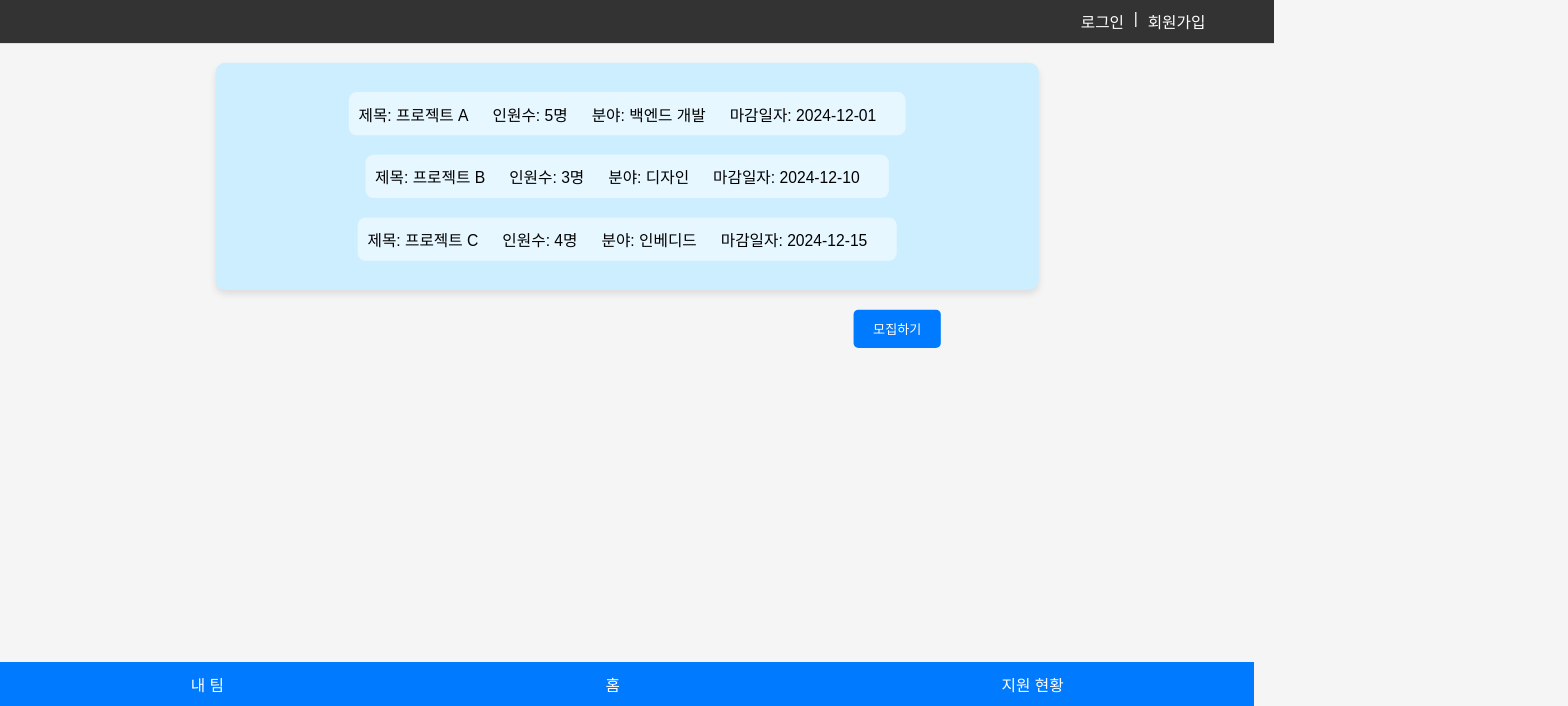
Repository: TUK-WEBSERIVCE/tuk-team-gem
Page: tuk-team-gem/src/main/webapp/main/mainPage.html
An editor plug-in stored every save of this project. The page is shown before and after the next save, followed by the edit.
The browser window is 1280 px wide. The page is 1600 px wide, then 1300 px, then 1600 px, so the pictures cover 1600 px, including what lies to the right of the window. The pictures show the whole page, at 98% of full size.

Above is the page before, as saved 2024-11-13 12:35:11.

### tuk-team-gem/src/main/webapp/main/mainPage.html
<!DOCTYPE html>
<html lang="ko">
<head>
    <meta charset="UTF-8">
    <meta name="viewport" content="width=device-width, initial-scale=1.0">
    <title>tuk-team-gem</title>
    <style>
		body {
		    font-family: Arial, sans-serif;
		    margin: 0;
		    padding: 0;
		    display: flex;
		    flex-direction: column;
		    align-items: center;
		    background-color: #f5f5f5;
		    overflow-x: hidden; /* 좌우 스크롤 제거 */
		}
        header {
            width: 100%;
            display: flex;
            justify-content: flex-end;
            padding: 10px 20px;
            background-color: #333;
            color: white;
        }
        header a {
            color: white;
            text-decoration: none;
        }
        .container {
            background-color: #cceeff;
            width: 80%;
            max-width: 800px;
            margin: 20px auto;
            padding: 20px;
            border-radius: 10px;
            box-shadow: 0 4px 8px rgba(0, 0, 0, 0.1);
        }
        .list-item {
            background-color: #e6f7ff;
            padding: 10px;
            margin: 10px 0;
            border-radius: 8px;
            text-align: center;
        }
        .list-item span {
            display: inline-block;
            margin-right: 20px;
        }
        .list-container {
            display: flex;
            flex-direction: column;
            align-items: center;
        }
        /* 모집하기 버튼을 프레임 밖으로 배치 */
        .button-container {
			width: 100%; /* 화면 전체 너비 사용 */
    		display: flex;
    		justify-content: flex-end; /* 오른쪽으로 정렬 */
		    margin-bottom: 20px;
		    padding-right: 50%; /* 오른쪽 여백 */
        }
        .button-container button {
            padding: 10px 20px;
            background-color: #007bff;
            color: white;
            border: none;
            border-radius: 5px;
            cursor: pointer;
        }
        .button-container button:hover {
            background-color: #0056b3;
        }
        nav {
            width: 100%;
            background-color: #007bff;
            padding: 10px 0;
            position: fixed;
            bottom: 0;
        }
        nav ul {
            list-style-type: none;
            display: flex;
            justify-content: space-around;
            margin: 0;
            padding: 0;
        }
        nav ul li a {
            color: white;
            text-decoration: none;
        }

        .divider {
    		color: white;
    		margin-left: 10px;
    		margin-right: 10px;
		}
    </style>
</head>
<body>
    <!-- 우상단 로그인 및 회원가입 -->
    <header>
        <a href="#">로그인</a>
        <span class="divider">|</span>
        <a href="#" style="margin-right: 50px;">회원가입</a>
    </header>

    <!-- 중앙 리스트 -->
    <div class="container">
        <div class="list-container">
            <!-- DB에서 불러온 데이터 목록 (샘플 데이터) -->
            <div class="list-item">
                <span>제목: 프로젝트 A</span>
                <span>인원수: 5명</span>
                <span>분야: 백엔드 개발</span>
                <span>마감일자: 2024-12-01</span>
            </div>
            <div class="list-item">
                <span>제목: 프로젝트 B</span>
                <span>인원수: 3명</span>
                <span>분야: 디자인</span>
                <span>마감일자: 2024-12-10</span>
            </div>
            <div class="list-item">
                <span>제목: 프로젝트 C</span>
                <span>인원수: 4명</span>
                <span>분야: 인베디드</span>
                <span>마감일자: 2024-12-15</span>
            </div>
        </div>
    </div>

    <!-- 모집하기 버튼을 프레임 밖으로 이동 -->
    <div class="button-container">
        <button>모집하기</button>
    </div>

    <!-- 하단 네비게이션 바 -->
    <nav>
        <ul>
            <li><a href="#">내 팀</a></li>
            <li><a href="#">홈</a></li>
            <li><a href="#">지원 현황</a></li>
        </ul>
    </nav>
</body>
</html>

After the next save:
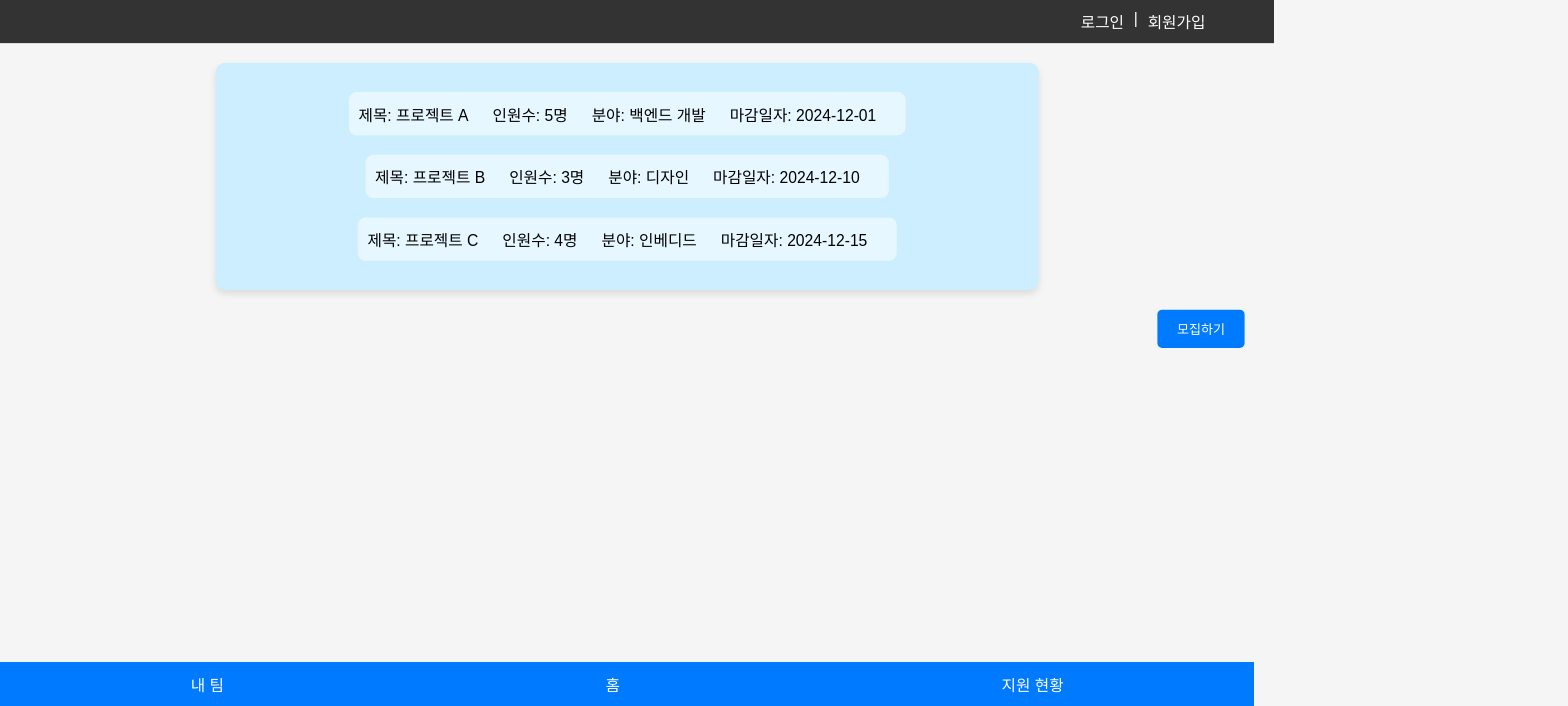
Saved 34 s later.
--- a/tuk-team-gem/src/main/webapp/main/mainPage.html
+++ b/tuk-team-gem/src/main/webapp/main/mainPage.html
@@ -53,13 +53,13 @@
             align-items: center;
         }
         /* 모집하기 버튼을 프레임 밖으로 배치 */
-        .button-container {
-			width: 100%; /* 화면 전체 너비 사용 */
-    		display: flex;
-    		justify-content: flex-end; /* 오른쪽으로 정렬 */
+		.button-container {
+		    width: 100%;
+		    display: flex;
+		    justify-content: flex-end;
 		    margin-bottom: 20px;
-		    padding-right: 50%; /* 오른쪽 여백 */
-        }
+		    padding-right: 20px; /* 여백을 줄여 좌우 스크롤 방지 */
+		}
         .button-container button {
             padding: 10px 20px;
             background-color: #007bff;

After the save that followed:
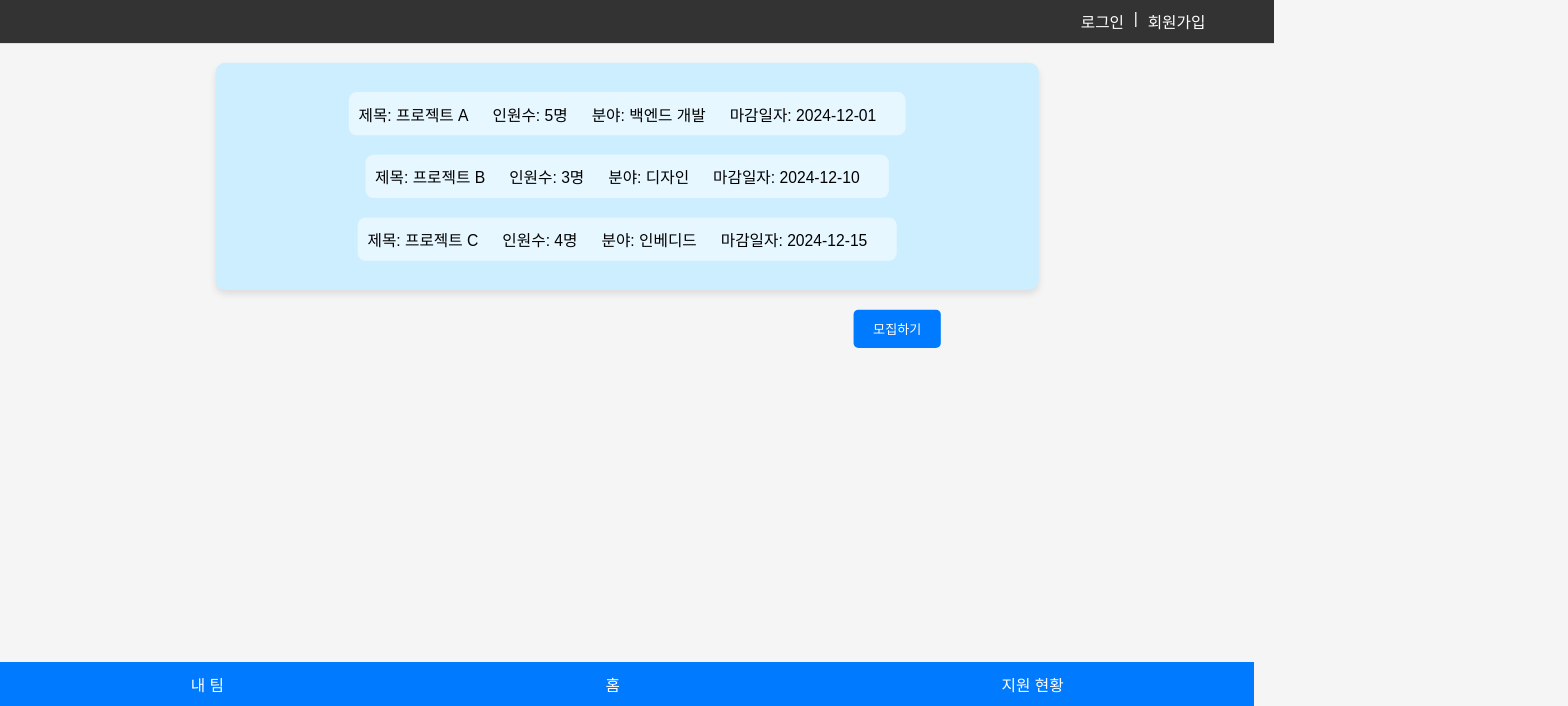
Saved 61 s later.
--- a/tuk-team-gem/src/main/webapp/main/mainPage.html
+++ b/tuk-team-gem/src/main/webapp/main/mainPage.html
@@ -58,7 +58,7 @@
 		    display: flex;
 		    justify-content: flex-end;
 		    margin-bottom: 20px;
-		    padding-right: 20px; /* 여백을 줄여 좌우 스크롤 방지 */
+		    padding-right: 50%;
 		}
         .button-container button {
             padding: 10px 20px;
